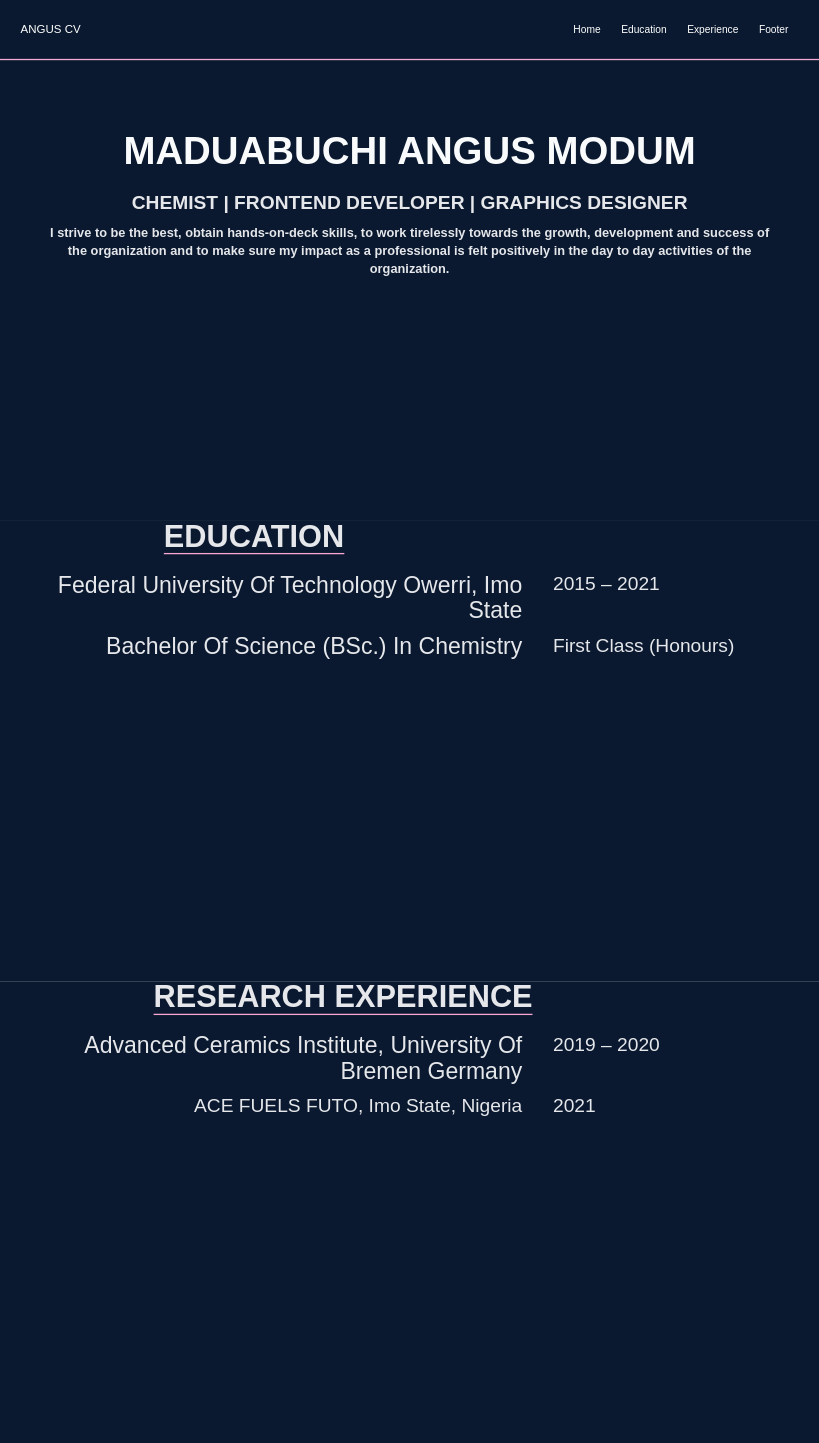
Repository: AngusOnyebuchi/AngusOnyebuchi.github.io
Page: /
An editor plug-in stored every save of this project. The page is shown before and after the next save, followed by the edit.
The browser window is 1280 px wide. The pictures show the whole page, at 64% of full size.
The project was rebuilt for these pictures with package versions that can differ from the ones it lists, and the page was loaded fresh each time.

Above is the page before, as saved 2022-04-17 20:23:25.

### public/index.html
<!DOCTYPE html>
<html lang="en">
  <head>
    <meta charset="utf-8" />
    <link rel="icon" href="%PUBLIC_URL%/favicon.ico" />
    <meta name="viewport" content="width=device-width, initial-scale=1" />
    <meta name="theme-color" content="#000000" />
    <meta
      name="description"
      content="Web site created using create-react-app"
    />
    <link rel="apple-touch-icon" href="%PUBLIC_URL%/logo192.png" />
    <!--
      manifest.json provides metadata used when your web app is installed on a
      user's mobile device or desktop. See https://developers.google.com/web/fundamentals/web-app-manifest/
    -->
    <link rel="manifest" href="%PUBLIC_URL%/manifest.json" />
    <!--
      Notice the use of %PUBLIC_URL% in the tags above.
      It will be replaced with the URL of the `public` folder during the build.
      Only files inside the `public` folder can be referenced from the HTML.

      Unlike "/favicon.ico" or "favicon.ico", "%PUBLIC_URL%/favicon.ico" will
      work correctly both with client-side routing and a non-root public URL.
      Learn how to configure a non-root public URL by running `npm run build`.
    -->
    <title>Angus CV </title>
  </head>
  <body>
    <noscript>You need to enable JavaScript to run this app.</noscript>
    <div id="root"></div>
    <!--
      This HTML file is a template.
      If you open it directly in the browser, you will see an empty page.

      You can add webfonts, meta tags, or analytics to this file.
      The build step will place the bundled scripts into the <body> tag.

      To begin the development, run `npm start` or `yarn start`.
      To create a production bundle, use `npm run build` or `yarn build`.
    -->
  </body>
</html>

### src/index.js
import React from "react";
import ReactDOM from "react-dom";
import "./style.css"
import App from "./App";

ReactDOM.render(<App/>, document.getElementById("root"))

### src/style.css
@tailwind base;
@tailwind components;
@tailwind utilities;

@layer base {
    body{
        @apply font-[Sans-serif];
    }
    li {
        @apply px-4;
        @apply cursor-pointer;
    }
}

### src/App.js
import React from "react";
import Home from "./components/Home"
import Education from "./components/Education";
import Experience from "./components/Experience";
import NavBar from "./components/NavBar";

export default function App() {
  return (
    <div>
      <NavBar/>
      <Home/>
      <Education/>
      <Experience/>
    </div>
  )
}

### src/components/Home.js
import React from "react";
import {FaWhatsapp, FaLocationArrow, FaSearchLocation} from "react-icons/fa"
import {HiOutlineMail} from "react-icons/hi"

export default function Home() {
    return (
        <div className="w-full h-screen p-4 bg-[#0a192f] text-gray-200">
            <h1 className="text-4xl md:text-6xl font-bold uppercase pt-24 text-center text-gray-50">Maduabuchi Angus Modum</h1>
            <h3 className="text-xl md:text-3xl font-bold uppercase pt-8 text-center">Chemist  |  Frontend Developer  |  Graphics Designer</h3>
            <p className="font-bold text-center justify-center text-lg md:text-xl max-w-[1200px] mx-12 mt-4">I strive to be the best, obtain hands-on-deck skills,
                to work tirelessly towards the growth, development and success of the organization and to make sure my impact
                as a professional is felt positively in the day to day activities of the organization.</p>

        </div>
    )
}

### src/components/Education.js
import React from "react";

export default function Education() {
    return(
        <div className="bg-[#0a192f] w-full h-screen text-gray-200">
            <h1 className="text-3xl md:text-5xl font-bold uppercase pt-24 text-center text-gray-200 inline border-b-2 border-pink-300 ml-24 sm:ml-64">Education</h1>
            <div className="grid grid-cols-3 gap-12 mx-16 pt-8 ">
                <h3 className="capitalize text-xl md:text-4xl text-right col-span-2">Federal university of technology owerri, Imo state</h3>
                <h4 className="text-lg md:text-3xl ">2015 – 2021</h4>
            </div>
            <div className="grid grid-cols-3 gap-12 mx-16 pt-4">
                <h3 className="capitalize text-xl md:text-4xl text-right col-span-2">Bachelor of Science (BSc.) in Chemistry</h3>
                <h4 className="text-lg md:text-3xl ">First Class (Honours)</h4>
            </div>
        </div>
    )
}

### src/components/Experience.js
import React from "react";

export default function Experience() {
    return(
        <div className="bg-[#0a192f] w-full h-screen text-gray-200">
            <h1 className="text-3xl md:text-5xl font-bold uppercase pt-24 text-center text-gray-200 inline border-b-2 border-pink-300 ml-12 sm:ml-60">research experience</h1>
            <div className="grid grid-cols-3 gap-12 mx-16 pt-8 ">
                <h3 className="capitalize text-xl md:text-4xl text-right col-span-2">Advanced Ceramics Institute, University of Bremen Germany</h3>
                <h4 className="text-lg md:text-3xl ">2019 – 2020</h4>
            </div>
            <div className="grid grid-cols-3 gap-12 mx-16 pt-4">
                <h3 className="capitalize text-xl md:text-3xl text-right col-span-2">ACE FUELS FUTO, Imo state, Nigeria</h3>
                <h4 className="text-lg md:text-3xl ">2021</h4>
            </div>
        </div>
    )
}

### src/components/NavBar.js
import React, {useState} from "react";
import {FaTimes, FaBars} from "react-icons/fa"

export default function NavBar() {

    const [nav, setNav] = useState(true)
    const toggle = () => setNav(!nav)

    return(
        <div className="bg-[#0a192f] text-white w-full p-8 flex justify-between items-center border-b-2 border-pink-300">
            <h1 className="uppercase text-lg">Angus CV</h1>

            <ul className=" hidden sm:flex justify-between">
                <li className="hover:border-b-2 border-pink-300 ">Home</li>
                <li className="hover:border-b-2 border-pink-300 ">Education</li>
                <li className="hover:border-b-2 border-pink-300 ">Experience</li>
                <li className="hover:border-b-2 border-pink-300 ">Footer</li>
            </ul>

            {/** Mobile list */}
            <div onClick={toggle} className="sm:hidden z-10">
                {nav ? <FaBars/> : <FaTimes/>}
            </div>
            <ul className={nav ? 'hidden' : 'absolute top-0 left-0 w-full h-screen bg-inherit flex flex-col justify-center items-center my-8 sm:hidden'}>
                    <li>Home</li>
                    <li>Education</li>
                    <li>Experience</li>
                    <li>Footer</li>
            </ul>
        </div>
    )
}

Loaded but not shown: tailwind.config.js (common file)

After the next save:
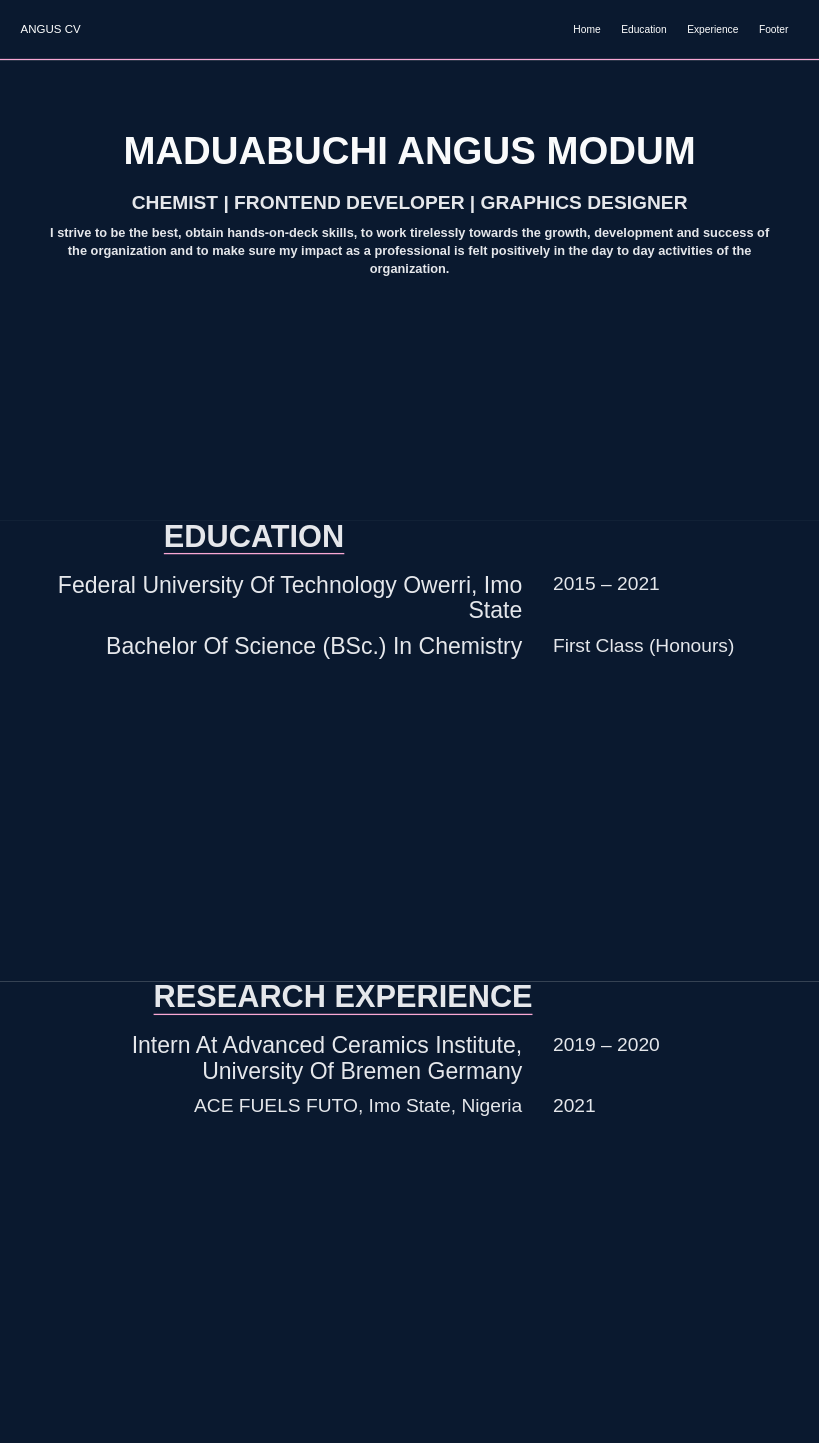
Saved 2 min 13 s later.
--- a/src/components/Experience.js
+++ b/src/components/Experience.js
@@ -5,7 +5,7 @@
         <div className="bg-[#0a192f] w-full h-screen text-gray-200">
             <h1 className="text-3xl md:text-5xl font-bold uppercase pt-24 text-center text-gray-200 inline border-b-2 border-pink-300 ml-12 sm:ml-60">research experience</h1>
             <div className="grid grid-cols-3 gap-12 mx-16 pt-8 ">
-                <h3 className="capitalize text-xl md:text-4xl text-right col-span-2">Advanced Ceramics Institute, University of Bremen Germany</h3>
+                <h3 className="capitalize text-xl md:text-4xl text-right col-span-2">Intern at Advanced Ceramics Institute, University of Bremen Germany</h3>
                 <h4 className="text-lg md:text-3xl ">2019 – 2020</h4>
             </div>
             <div className="grid grid-cols-3 gap-12 mx-16 pt-4">

After the save that followed:
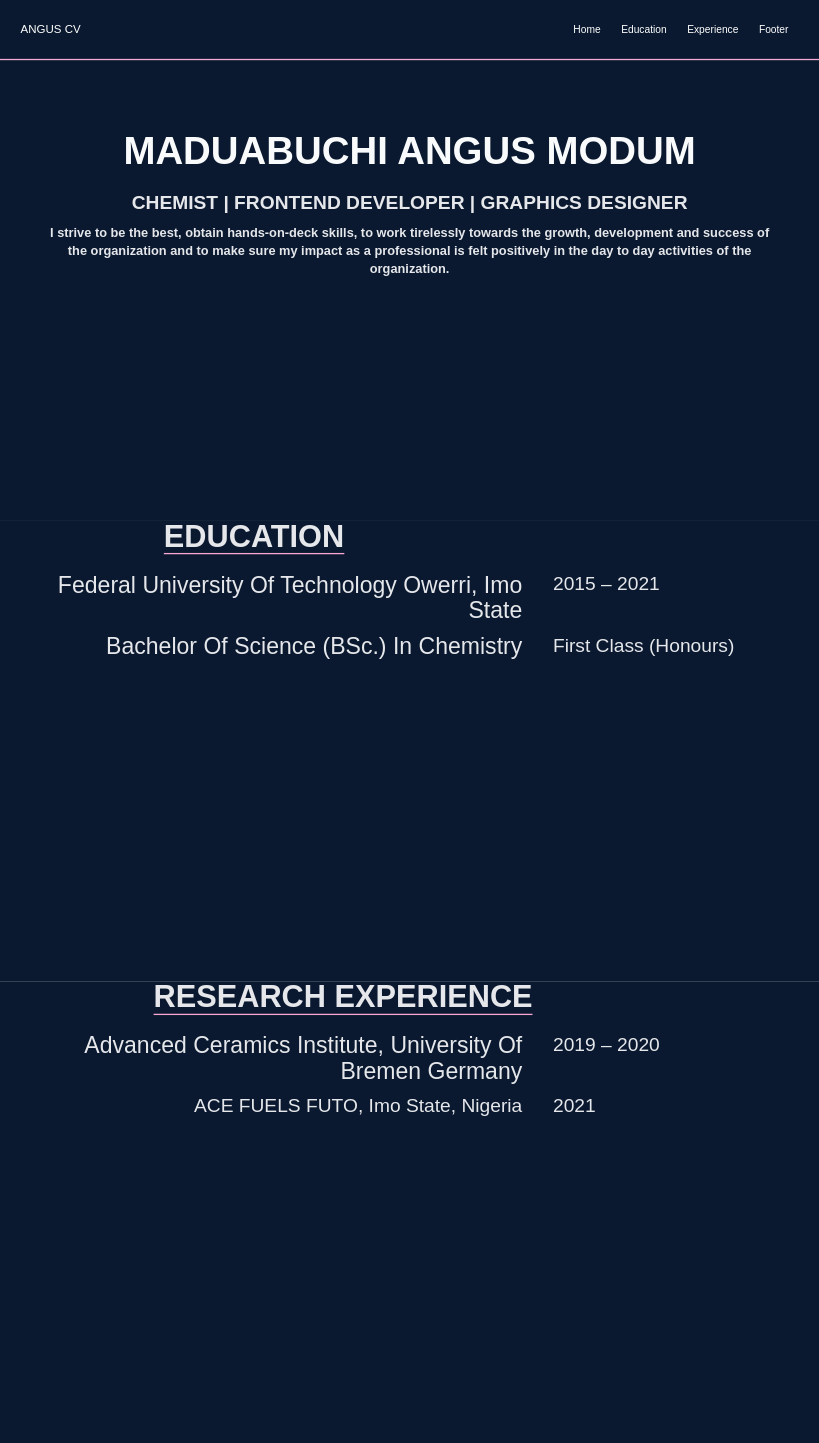
Saved 31 s later.
--- a/src/components/Experience.js
+++ b/src/components/Experience.js
@@ -5,7 +5,7 @@
         <div className="bg-[#0a192f] w-full h-screen text-gray-200">
             <h1 className="text-3xl md:text-5xl font-bold uppercase pt-24 text-center text-gray-200 inline border-b-2 border-pink-300 ml-12 sm:ml-60">research experience</h1>
             <div className="grid grid-cols-3 gap-12 mx-16 pt-8 ">
-                <h3 className="capitalize text-xl md:text-4xl text-right col-span-2">Intern at Advanced Ceramics Institute, University of Bremen Germany</h3>
+                <h3 className="capitalize text-xl md:text-4xl text-right col-span-2">Advanced Ceramics Institute, University of Bremen Germany</h3>
                 <h4 className="text-lg md:text-3xl ">2019 – 2020</h4>
             </div>
             <div className="grid grid-cols-3 gap-12 mx-16 pt-4">
